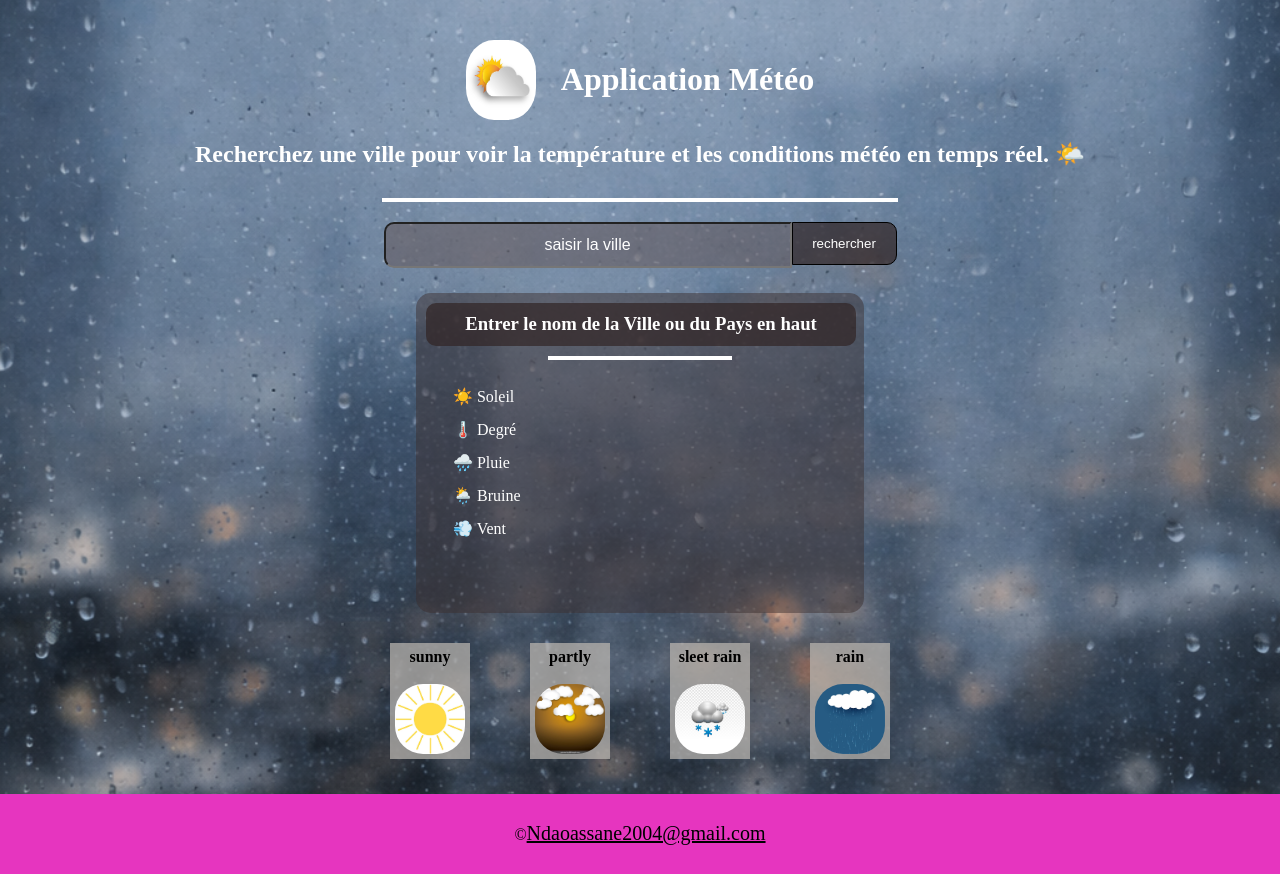
Repository: assanendao171/meteo
Page: index.html
The author's editor kept a copy of each file at every save. The page is drawn from the files as they stood at one save, then again after a run of saves.
The browser window is 1280 px wide. The pictures show the whole page.

Above is the page before, as saved 2026-03-16 13:31:25.

### index.html
<!DOCTYPE html>
<html lang="en">

<head>
    <meta charset="UTF-8">
    <meta name="viewport" content="width=device-width, initial-scale=1.0">
    <title>Document</title>
    <link rel="stylesheet" href="meteo2.css">
</head>

<body>
    <div id="haut">
        <img src="icone.jpg" alt="icone" id="photosoleil">
        <h1>Application Météo </h1>
    </div>
    <h2>Recherchez une ville pour voir la température et les conditions météo en temps réel. 🌤️</h2>
    <hr>
            <div id="bloc">
            <input type="text" id="input" placeholder="saisir la ville">
            <button id="btn">rechercher</button>
        </div>
    <div id="contain">
        <div id="resultat">
            <h3 id="h3">Entrer le nom de la Ville ou du Pays en haut</h3>
        </div>
        <hr>
        <div id="stat">
        <p id="emoji">☀️ Soleil</p>
        <p id="emoji">🌡️ Degré</p >
        <p id="emoji">🌧️ Pluie</p >
        <p id="emoji">🌦️ Bruine</p >
        <p id="emoji">💨 Vent</p >
        </div>
    </div>
    <div id="contain2">
        <div id="enfant">
            <h4>sunny</h4><br>
            <img src="sunny.jpg" alt="" id="photobas">
        </div>



        <div id="enfant">
            <h4>partly </h4><br>
            <img src="partlycloud.jpg" alt="" id="photobas">
        </div>

        <div id="enfant">
            <h4>sleet rain</h4><br>
            <img src="sleetrain.jpg" alt="" id="photobas">
        </div>

        <div id="enfant">
            <h4>rain</h4><br>
            <img src="rain.jpg" alt="" id="photobas">
        </div>



    </div>
    </div>
    <footer>
        <p id="p">&copy;<a href="mailto:Ndaoassane2004@gmail.com">Ndaoassane2004@gmail.com</a></p>
    </footer>
    <script src="meteo2.js"></script>
</body>

</html>

### meteo2.css
body {
  display: flex;
  flex-direction: column;
  justify-content: center;
  justify-content: center;
  align-items: center;
  background-image: url("background.png");
  background-position: center;
  background-repeat: no-repeat;
  background-size: cover;
  color: rgb(255, 255, 255);
  padding-top: 40px;
  margin: 0;
}
#haut{
  display: flex;
  gap: 25px;
}
#bloc{
    display: flex;
    flex-direction: row;
    justify-content: center;
}
#photosoleil{
  width: 70px;
    border-radius: 40%;

}
#photobas{
  width: 70px;
    border-radius: 40%;

}
#recherche{
  width: 40px;
}
hr {
  color: white;
  border: 2px solid white;
  margin-top: 10px;
  width: 40%;
  margin-bottom: 20px;
}
#contain {
  margin-top: 25px;
  text-align: center;
  width: 35%;
background-color: rgba(59, 47, 47, 0.479);
  border-radius: 15px;
  height: 320px;
}
input {
  width: 400px;
  height: 40px;
  border-radius: 10px 0 0 10px;
background-color: rgba(97, 81, 81, 0.479);
color: white;
font-size: 1rem;
}
::placeholder{
  color: white;
  font-size: 1rem;
  text-align: center;
}
button {
  height: 43px;
  width: 105px;
  border-radius: 0 10px 10px 0;
  color: white;
  cursor: pointer;
  border: 1px solid black;
background-color: rgba(49, 36, 36, 0.692);
}

#resultat {
  margin-top: 60px;
  background-color: aliceblue;
width: 96%;
margin: 10px;
height: 43px;
border-radius: 10px;
display: flex;
flex-direction: column;
justify-content: center;
align-items: center;
background-color: rgba(49, 36, 36, 0.692);
}
h3 {
color: white;
  text-decoration: none;
}
#icone {
  color: rgb(70, 62, 62);
}
#stat{
  margin-left: 30px;
  display: flex;
  flex-direction: column;
  justify-content: flex-start;
  align-items: flex-start;

}
#emoji{
  font-size: 1rem;
   margin: 7px;
}
#enfant{
  background-color: rgba(184, 180, 175, 0.733);
  padding: 5px;
  display: flex;
  flex-direction: column;
  justify-content: center;
align-items: center;}
#contain2{
  display: flex;
  flex-direction: row;
  justify-content: flex-start;
  gap: 60px;
  padding-top: 30px;
  color: rgb(255, 39, 39);
}
h4{
  margin: 0;
  color: black;
}
footer{
  margin-top: 35px;
  width: 100%;
  height: 80px;
  background-color: rgb(230, 53, 191);
  color: black;
  text-shadow: none;
  display: flex;
  flex-direction: row;
  align-items: center;
  justify-content: center;
}
#p a{
  text-align: center;
  font-size: 20px;
  color: black;
}
/* les media query mobile */

@media(max-width:768px){
*{
box-sizing: border-box;
}
html, body {
  width: 100%;
  height: 100%;
  overflow-x: hidden;
  margin: 0;
}
#haut{
display: flex;
flex-direction: column;
justify-content: center;
align-items: center;
}
#photosoleil{
    width: 70px;
    border-radius: 40%;
}
hr {
  color: white;
  border: 2px solid white;
  margin-top: 10px;
  width: 60%;
  margin-bottom: 20px;
}
#contain {
  padding-top: 25px;
  text-align: center;
  width: 80%;
  background-color: aquamarine;
  border-radius: 15px;
  height: 280px;
}
input {
  width: 60%;
  height: 30px;
  border-radius: 15px;
  box-shadow: blue 1px 1px 6px 1px;
  margin-left:15px;
}
button {
  height: 30px;
  width: 95px;
  border-radius: 15px;
  color: white;
  cursor: pointer;
  border: 1px solid white;
    margin-right: 15px;

}
button:hover {
  background-color: rgb(255, 255, 255);
  color: rgb(0, 4, 255);
  cursor: pointer;
  border: 1px solid blue;
  transform: scale(1.1);
  transition: 0.5s;
}
#resultat {
  background-color: aliceblue;
  display: flex;
  flex-direction: column;
  justify-content: center;
  justify-content: center;
  align-items: center;
  width: 60%;
  height: 120px;
  border-radius: 20px;
  font-size: 15px;
}
#recherche{
  width: 30px;
  height: 25px;
}
h3 {
  color: rgb(61, 52, 52);
  text-decoration: none;
  font-size: 15px;
  margin: 10px;
}
h1,h2{
  font-size: 20px;
  text-align: center;
  margin: 10px;
}
#enfant{
  background-color: rgba(184, 180, 175, 0.733);
  padding: 10px;
  display: flex;
  flex-direction: column;
  justify-content: center;
align-items: center;
border-radius: 15%;
}
#contain2{
  display: flex;
  flex-direction: row;
  justify-content: flex-start;
  gap: 15px;
  flex-wrap: wrap;
  color: rgb(255, 39, 39);
  margin-top: 35px;
}
#photobas{
    width: 35px;
    border-radius: 30%;
}
h4{
  margin: 0;
  color: black;
}
footer{
  margin-top: 80px;
  width: 100%;
  height: 130px;
  background-color: rgb(230, 53, 191);
  color: black;
  text-shadow: none;
  display: flex;
  flex-direction: row;
  align-items: center;
  justify-content: center;
}
#p a{
  text-align: center;
  font-size: 15px;
  color: black;
}
}

@media (min-width: 768px) and (max-width: 1024px) {
*{
box-sizing: border-box;
}
html, body {
  width: 100%;
  height: 100%;
  overflow-x: hidden;
  margin: 0;
}
#photosoleil{
    width: 100px;
    border-radius: 40%;
}
h1,h2{
  font-size: 30px;
  text-align: center;
  margin: 10px;
}
input {
  width: 60%;
  height: 40px;
  border-radius: 15px;
  box-shadow: blue 1px 1px 6px 1px;
  margin-left:15px;
}
button {
  height: 40px;
  width: 95px;
  border-radius: 15px;
  color: white;
  cursor: pointer;
  border: 1px solid white;
    margin-right: 15px;

}
button:hover {
  background-color: rgb(255, 255, 255);
  color: rgb(0, 4, 255);
  cursor: pointer;
  border: 1px solid blue;
  transform: scale(1.1);
  transition: 0.5s;
}
#resultat {
  background-color: aliceblue;
  display: flex;
  flex-direction: column;
  justify-content: center;
  justify-content: center;
  align-items: center;
  width: 80%;
  height: 120px;
  border-radius: 20px;
  font-size: 15px;
}
footer{
  margin-top: 80px;
  width: 100%;
  height: 160px;
  background-color: rgb(230, 53, 191);
  color: black;
  text-shadow: none;
  display: flex;
  flex-direction: row;
  align-items: center;
  justify-content: center;
}
#p a{
  text-align: center;
  font-size: 25px;
  color: black;
}
}

### meteo2.js
let input = document.getElementById("input");
let btn = document.getElementById("btn");
let h3 = document.getElementById("h3");
let icone = document.getElementById("icone");

let apiKey = "62ecfbc2ac82aa867b7d2b579270f663";
async function avoirMeteo(ville) {
  try {
    let data = await fetch(
      `https://api.openweathermap.org/data/2.5/weather?q=${ville}&appid=${apiKey}&units=metric`,
    );
    if (!data.ok) {
      throw new Error("ville introuvable !");
    }
    let reponse = await data.json();
    icone.textContent = "🔍";
    h3.textContent =`Recherche en cours...${input.value}`
    async function temps() {
      let meteo=reponse.weather[0].main
      let emoji=""
      if(meteo==="Clear"){
        emoji="☀️"
      }
      else if(meteo==="Clouds"){
        emoji="☁️"
      }
      else if(meteo==="Rain"){
        emoji= "🌧️"
      }
      else {
  emoji = "🌤️"
}
      await new Promise((resolve) => setTimeout(resolve, 4000));
      icone.textContent = "✅";
      h3.textContent = `🌡️ ${reponse.name} :${emoji} ${reponse.main.temp}°C, ${reponse.weather[0].description}`;
      input.value=""
    }
    temps();
  } catch (Error) {
    async function wait(){
          icone.textContent = "🔍";
    h3.textContent =`Recherche en cours...${input.value}`
      await new Promise(resolve=>setTimeout(resolve,4000))
    icone.textContent = "❌  ";
h3.textContent = "Ville introuvable ";    input.value=""
    }
    wait()
  }
}
btn.addEventListener("click", function () {
  if(input.value===""){
    alert("le champ est vide")
    return
  }
  let ville = input.value.trim();
  if (ville) {
    avoirMeteo(ville);
  }
});

After the next 2 saves:
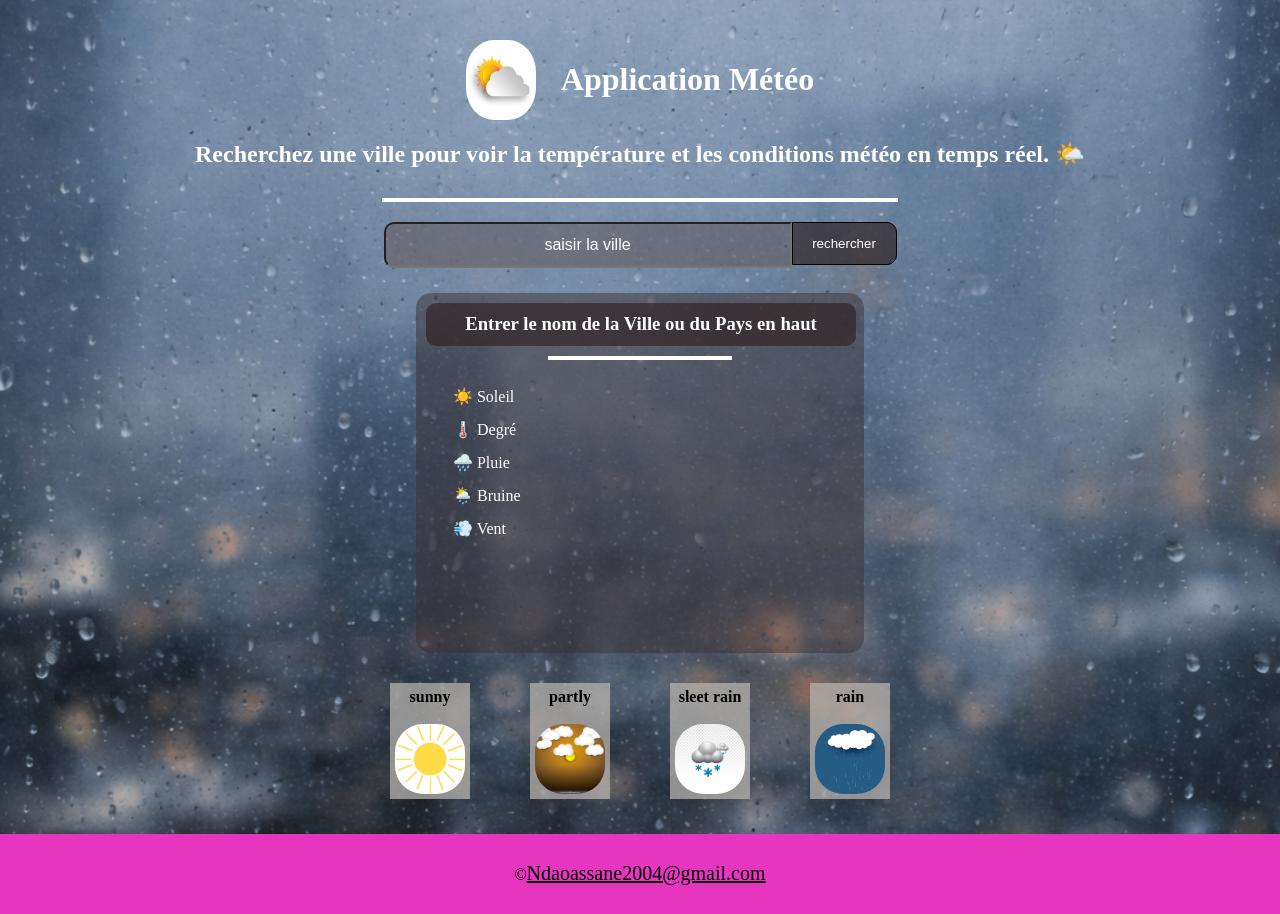
The 2 saves are shown as one change because they came seconds apart.
The last was saved 8 s later.
--- a/meteo2.css
+++ b/meteo2.css
@@ -47,7 +47,7 @@ hr {
   width: 35%;
 background-color: rgba(59, 47, 47, 0.479);
   border-radius: 15px;
-  height: 320px;
+  height: 360px;
 }
 input {
   width: 400px;
